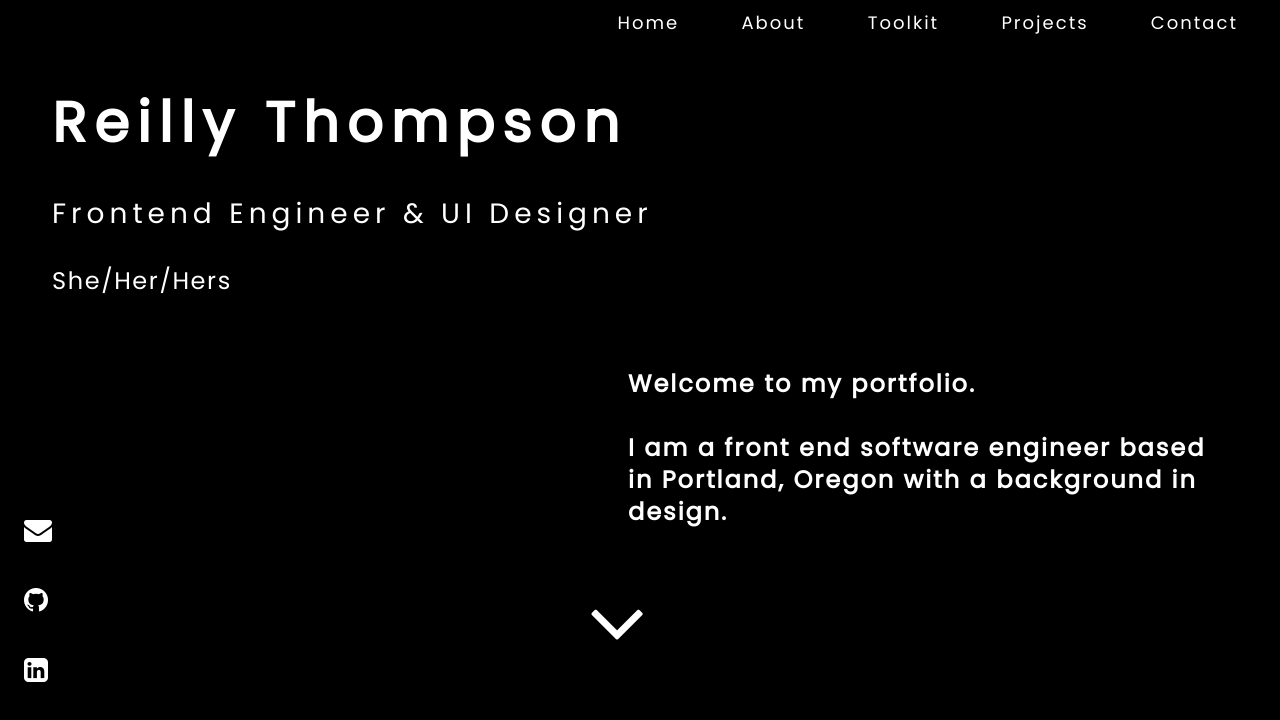
Repository: Rthompson2548/portfolio
Page: index.html
The author's editor kept a copy of each file at every save. The page is drawn from the files as they stood at one save, then again after the next save.
The browser window is 1280 px wide. The pictures show the whole page.
Some web libraries are served in a nearby version.

Above is the page before, as saved 2022-04-12 13:28:59.

After the next save:
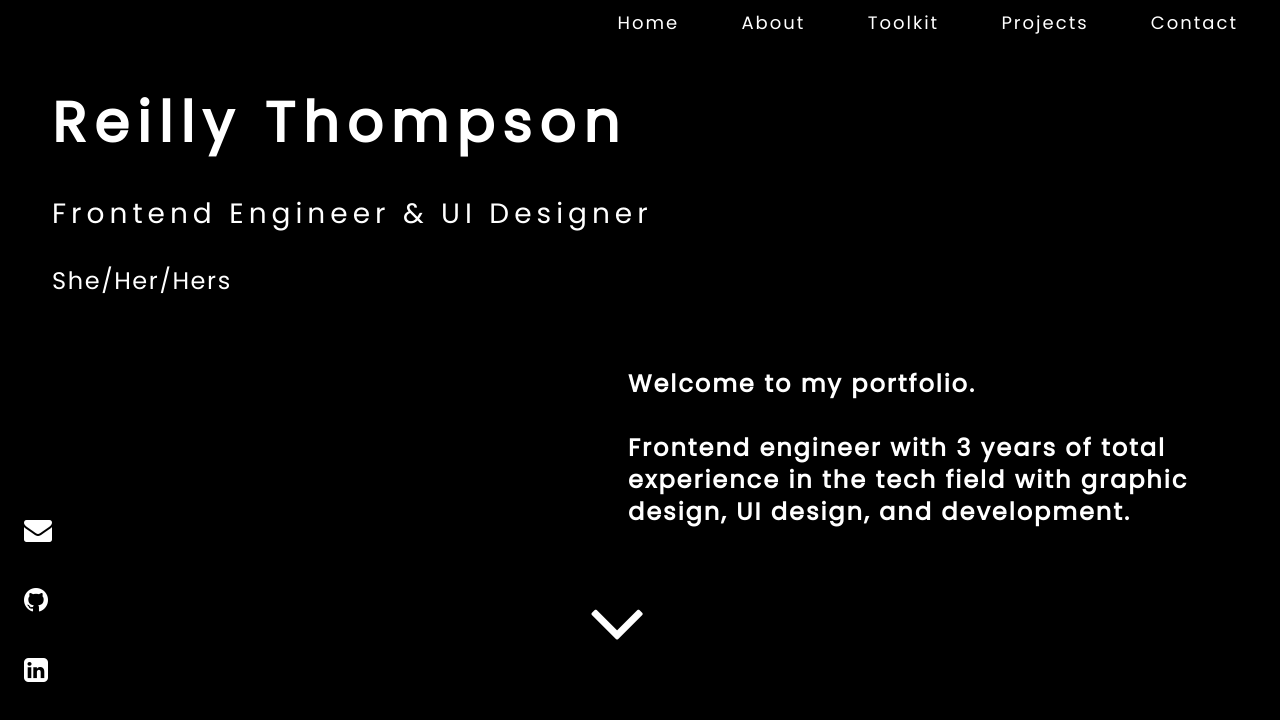
Saved 38 s later.
--- a/index.html
+++ b/index.html
@@ -77,7 +77,7 @@
 			<div class="home-right">
 					<h4>Welcome to my portfolio.</h4>
 					<h4>
-						I am a front end software engineer based in Portland, Oregon with a background in design.
+						Frontend engineer with 3 years of total experience in the tech field with graphic design, UI design, and development.
 					</h4>
 
 			</div>
